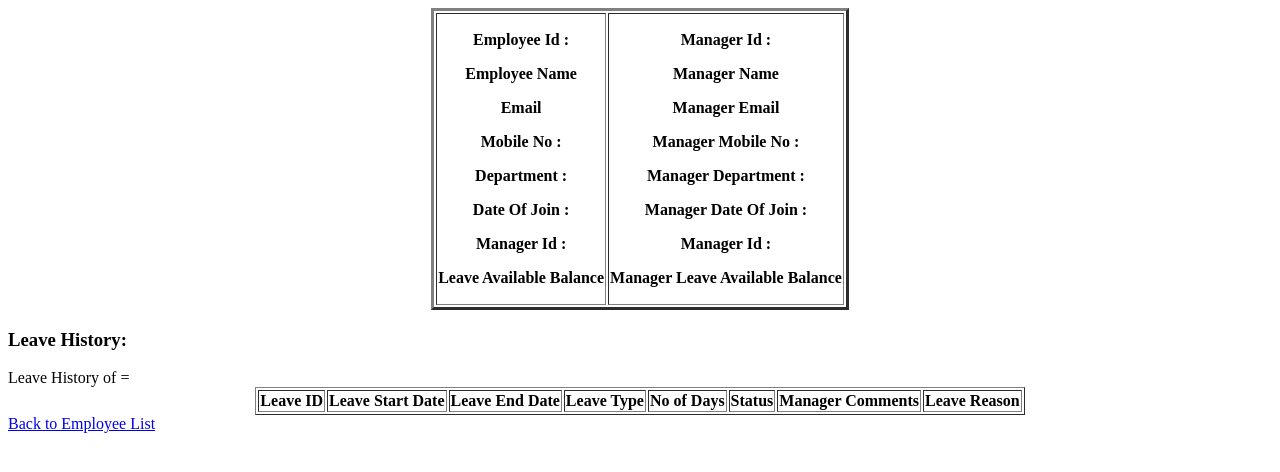
Repository: Guptaji153/Test002
Page: http://localhost/leaveSystem/DashBoard.jsp
These files come from the project's save history. The page is drawn as it stood at one moment and after a run of saves; the edit follows.
The browser window is 1280 px wide. The pictures show the whole page.
The page is served by Tomcat 9. Other server files are loaded and not shown. Queries for data that is not in the repository find no rows.

Above is the page before, as saved 2025-05-08 09:30:23.

### Day19/leaveSystem/src/main/webapp/DashBoard.jsp
<%@ page language="java" contentType="text/html; charset=UTF-8"
    pageEncoding="UTF-8"%>

<%@ taglib uri="http://java.sun.com/jsp/jstl/core" prefix="c" %>
<!DOCTYPE html>
<html>
<head>
<meta charset="UTF-8">
<title>Insert title here</title>
</head>
<body>
	<jsp:useBean id="employDao" class="com.java.lms.dao.EmployeeDAOImpl" />
	<c:set var="empId" value="${param.empId}" />
	<c:set var="mgrId" value="${param.mgrId}" />
	<c:set var="myInfo" value="${employDao.searchEmployeeDao(param.empId)}" />
	<c:set var="myManagerInfo" value="${employDao.searchEmployeeDao(param.mgrId)}" />
	<table border="3" align="center">
		<tr>
			<th>
				<p>Employee Id :<b>${myInfo.empId} </b> </p>
				<p>Employee Name <b>${myInfo.empName}</b> </p>
				<p>Email <b>${myInfo.empEmail}</b>
				<p>Mobile No : <b>${myInfo.mobileNo }</b> </p>
				<p>Department : <b>${myInfo.dept}</b> </p>
				<p>Date Of Join :<b>${myInfo.dateOfJoin}</b> </p>
				<p>Manager Id : <b>${myInfo.managerId}</b> </p>
				<p>Leave Available Balance <b>${myInfo.leaveAvail} </b> </p>
			</th>
			<th>
				<p>Manager Id : <b>${myManagerInfo.empId} </b> </p>
				<p>Manager Name <b>${myManagerInfo.empName}</b> </p>
				<p>Manager Email <b>${myManagerInfo.empEmail}</b>
				<p>Manager Mobile No : <b>${myManagerInfo.mobileNo }</b> </p>
				<p>Manager Department : <b>${myManagerInfo.dept}</b> </p>
				<p>Manager Date Of Join :<b>${myManagerInfo.dateOfJoin}</b> </p>
				<p>Manager Id : <b>${myManagerInfo.managerId}</b> </p>
				<p>Manager Leave Available Balance <b>${myManagerInfo.leaveAvail} </b> </p>
			</th>
		</tr>
	</table>


	<!-- Leave History Section -->
    <h3>Leave History:</h3>
    <sql:setDataSource var="conn"
        driver="com.mysql.cj.jdbc.Driver"
        uri="jdbc:mysql://localhost:3306/lms"
        user="root"
        password="root" />


    <sql:query var="leaveHistoryQuery" dataSource="${conn}">
     Leave History of = ${param.empId}
    </sql:query>


    <table border="1" align="center">
        <tr>
            <th>Leave ID</th>
            <th>Leave Start Date</th>
            <th>Leave End Date</th>
            <th>Leave Type</th>
            <th>No of Days</th>
            <th>Status</th>
            <th>Manager Comments</th>
            <th>Leave Reason</th>
        </tr>

        <c:forEach var="history" items="${leaveHistoryQuery.rows}">
            <tr>
                <td>${history.LEAVE_ID}</td>
                <td>${history.LEAVE_START_DATE}</td>
                <td>${history.LEAVE_END_DATE}</td>
                <td>${history.LEAVE_TYPE}</td>
                <td>${history.LEAVE_NO_OF_DAYS}</td>
                <td>${history.LEAVE_STATUS}</td>
                <td>${history.LEAVE_MNGR_COMMENTS}</td>
                <td>${history.LEAVE_REASON}</td>
            </tr>
        </c:forEach>
    </table>


    <a href="EmployShow.jsp">Back to Employee List</a>


</body>
</html>

### Day19/leaveSystem/src/main/java/com/java/lms/dao/EmployeeDAO.java
package com.java.lms.dao;


import java.sql.SQLException;
import java.util.List;

import com.java.lms.model.Employee;

public interface EmployeeDAO {

	List<Employee> showEmployeeDao() throws ClassNotFoundException, SQLException;
	Employee searchEmployeeDao(int empId) throws ClassNotFoundException, SQLException;
}

### Day19/leaveSystem/src/main/java/com/java/lms/dao/EmployeeDAOImpl.java
package com.java.lms.dao;

import java.sql.Connection;
import java.sql.PreparedStatement;
import java.sql.ResultSet;
import java.sql.SQLException;
import java.util.ArrayList;
import java.util.List;
import java.util.Optional;

import com.java.lms.model.Employee;
import com.java.lms.util.ConnectionHelper;

public class EmployeeDAOImpl implements EmployeeDAO {

	Connection connection;
	PreparedStatement pst;
	@Override
	public List<Employee> showEmployeeDao() throws ClassNotFoundException, SQLException {
		connection = ConnectionHelper.getConnection();
		String cmd = "select * from Employee";
		pst = connection.prepareStatement(cmd);
		ResultSet rs = pst.executeQuery();
		Employee employee = null;
		List<Employee> employList = new ArrayList<Employee>();
		while(rs.next()) {
			employee = new Employee();
			employee.setEmpId(rs.getInt("EMP_ID"));
			employee.setEmpName(rs.getString("Emp_Name"));
			employee.setEmpEmail(rs.getString("EMP_MAIL"));
			employee.setDept(rs.getString("EMP_DEPT"));
			employee.setMobileNo(rs.getString("EMP_MOB_NO"));
			employee.setDateOfJoin(rs.getDate("EMP_DT_JOIN"));
			employee.setManagerId(rs.getInt("EMP_MANAGER_ID"));
			employee.setLeaveAvail(rs.getInt("EMP_AVAIL_LEAVE_BAL"));
			employList.add(employee);
		}
		return employList;
	}

	@Override
	public Employee searchEmployeeDao(int empId) throws ClassNotFoundException, SQLException {
		connection = ConnectionHelper.getConnection();
		String cmd = "select * from Employee where EMP_ID=?";
		pst = connection.prepareStatement(cmd);
		pst.setInt(1, empId);
		ResultSet rs = pst.executeQuery();
		Employee employee = null;
		if (rs.next()) {
			employee = new Employee();
			employee.setEmpId(rs.getInt("EMP_ID"));
			employee.setEmpName(rs.getString("Emp_Name"));
			employee.setDept(rs.getString("EMP_DEPT"));
			employee.setEmpEmail(rs.getString("EMP_MAIL"));
			employee.setMobileNo(rs.getString("EMP_MOB_NO"));
			employee.setDateOfJoin(rs.getDate("EMP_DT_JOIN"));
			employee.setManagerId(rs.getInt("EMP_MANAGER_ID"));
			employee.setLeaveAvail(rs.getInt("EMP_AVAIL_LEAVE_BAL"));
		}
		return employee;
	}

}

### Day19/leaveSystem/src/main/java/com/java/lms/model/Employee.java
package com.java.lms.model;

import java.sql.Date;

public class Employee {

	private int empId;
	private String empName;
	private String empEmail;
	private String mobileNo;
	private String dept;
	private Date dateOfJoin;
	private int managerId;
	private int leaveAvail;


	@Override
	public String toString() {
		return "Employee [empId=" + empId + ", empName=" + empName + ", empEmail=" + empEmail + ", mobileNo=" + mobileNo
				+ ", dateOfJoin=" + dateOfJoin + ", managerId=" + managerId + ", leaveAvail=" + leaveAvail + "]";
	}

	public String getDept() {
		return dept;
	}

	public void setDept(String dept) {
		this.dept = dept;
	}


	public int getEmpId() {
		return empId;
	}


	public void setEmpId(int empId) {
		this.empId = empId;
	}


	public String getEmpName() {
		return empName;
	}


	public void setEmpName(String empName) {
		this.empName = empName;
	}


	public String getEmpEmail() {
		return empEmail;
	}


	public void setEmpEmail(String empEmail) {
		this.empEmail = empEmail;
	}


	public String getMobileNo() {
		return mobileNo;
	}


	public void setMobileNo(String mobileNo) {
		this.mobileNo = mobileNo;
	}


	public Date getDateOfJoin() {
		return dateOfJoin;
	}


	public void setDateOfJoin(Date dateOfJoin) {
		this.dateOfJoin = dateOfJoin;
	}


	public int getManagerId() {
		return managerId;
	}


	public void setManagerId(int managerId) {
		this.managerId = managerId;
	}


	public int getLeaveAvail() {
		return leaveAvail;
	}


	public void setLeaveAvail(int leaveAvail) {
		this.leaveAvail = leaveAvail;
	}


	public Employee() {

	}


	public Employee(int empId, String empName, String empEmail, String mobileNo, Date dateOfJoin, int managerId,
			int leaveAvail) {
		this.empId = empId;
		this.empName = empName;
		this.empEmail = empEmail;
		this.mobileNo = mobileNo;
		this.dateOfJoin = dateOfJoin;
		this.managerId = managerId;
		this.leaveAvail = leaveAvail;
	}


}

### Day19/leaveSystem/src/main/java/com/java/lms/util/ConnectionHelper.java
package com.java.lms.util;

import java.sql.Connection;
import java.sql.DriverManager;
import java.sql.SQLException;
import java.util.ResourceBundle;

public class ConnectionHelper {

	public static Connection getConnection() throws ClassNotFoundException, SQLException {
		ResourceBundle rb = ResourceBundle.getBundle("db");
		String driver = rb.getString("driver");
		String url = rb.getString("url");
		String user = rb.getString("user");
		String pwd = rb.getString("password");

		Connection connection = null;
		Class.forName(driver);
		connection = DriverManager.getConnection(url, user, pwd);
		return connection;
	}
}

After the next 4 saves:
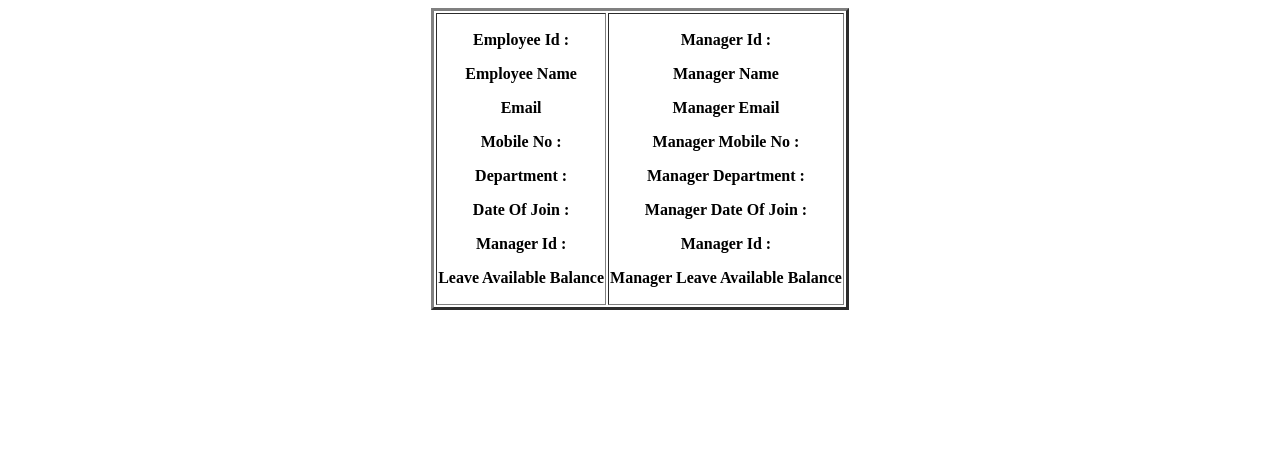
The 4 saves are shown as one change because 3 did not build or start.
The last was saved 27 min 6 s later.
--- a/Day19/leaveSystem/src/main/webapp/DashBoard.jsp
+++ b/Day19/leaveSystem/src/main/webapp/DashBoard.jsp
@@ -2,6 +2,7 @@
     pageEncoding="UTF-8"%>
 
 <%@ taglib uri="http://java.sun.com/jsp/jstl/core" prefix="c" %>
+<%@ taglib uri="http://java.sun.com/jsp/jstl/sql" prefix="sql" %>
 <!DOCTYPE html>
 <html>
 <head>
@@ -40,49 +41,6 @@
 	</table>
 
 
-	<!-- Leave History Section -->
-    <h3>Leave History:</h3>
-    <sql:setDataSource var="conn"
-        driver="com.mysql.cj.jdbc.Driver"
-        uri="jdbc:mysql://localhost:3306/lms"
-        user="root"
-        password="root" />
-
-
-    <sql:query var="leaveHistoryQuery" dataSource="${conn}">
-     Leave History of = ${param.empId}
-    </sql:query>
-
-
-    <table border="1" align="center">
-        <tr>
-            <th>Leave ID</th>
-            <th>Leave Start Date</th>
-            <th>Leave End Date</th>
-            <th>Leave Type</th>
-            <th>No of Days</th>
-            <th>Status</th>
-            <th>Manager Comments</th>
-            <th>Leave Reason</th>
-        </tr>
-
-        <c:forEach var="history" items="${leaveHistoryQuery.rows}">
-            <tr>
-                <td>${history.LEAVE_ID}</td>
-                <td>${history.LEAVE_START_DATE}</td>
-                <td>${history.LEAVE_END_DATE}</td>
-                <td>${history.LEAVE_TYPE}</td>
-                <td>${history.LEAVE_NO_OF_DAYS}</td>
-                <td>${history.LEAVE_STATUS}</td>
-                <td>${history.LEAVE_MNGR_COMMENTS}</td>
-                <td>${history.LEAVE_REASON}</td>
-            </tr>
-        </c:forEach>
-    </table>
-
-
-    <a href="EmployShow.jsp">Back to Employee List</a>
-
 
 </body>
 </html>
